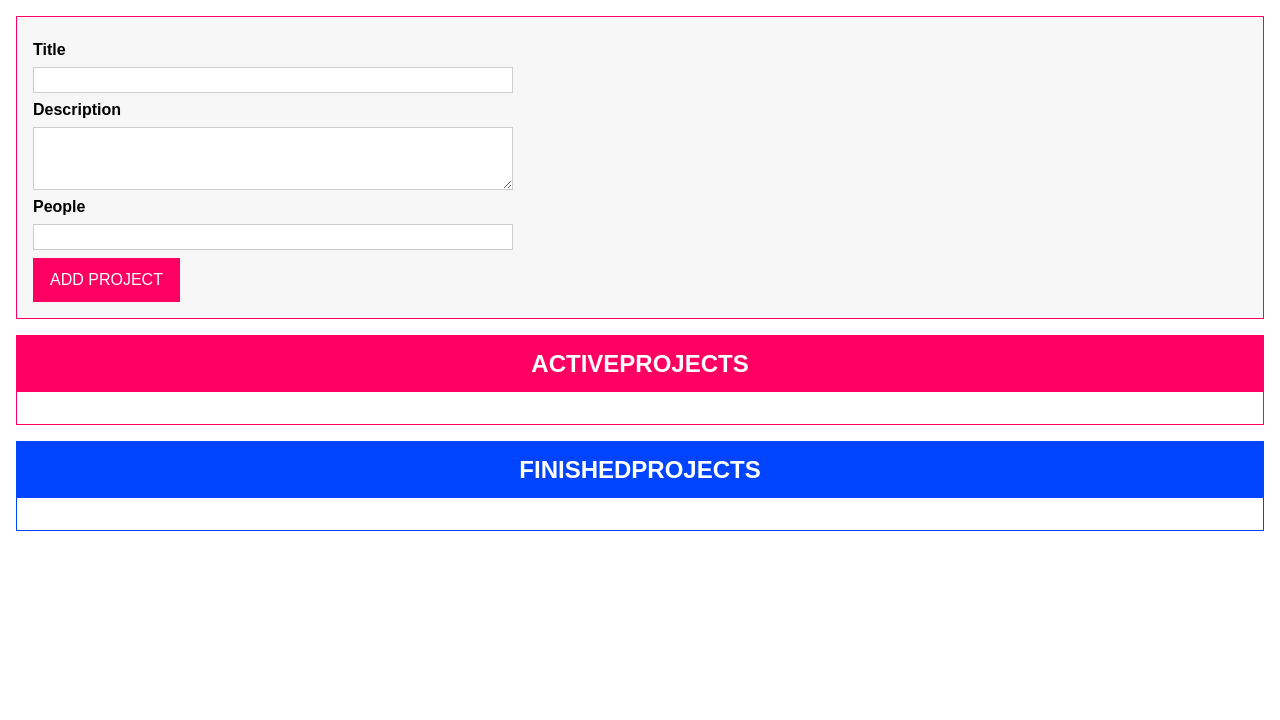
Repository: Mrkewl/drag-drop-UI-TypeScript
Page: /
An editor plug-in stored every save of this project. The page is shown before and after a run of saves, followed by the edit.
The browser window is 1280 px wide. The pictures show the whole page.
The project was rebuilt for these pictures with package versions that can differ from the ones it lists, and the page was loaded fresh each time. Also part of the build but not shown: webpack.config.js.

Above is the page before, as saved 2022-05-04 19:49:50.

After the next 4 saves:
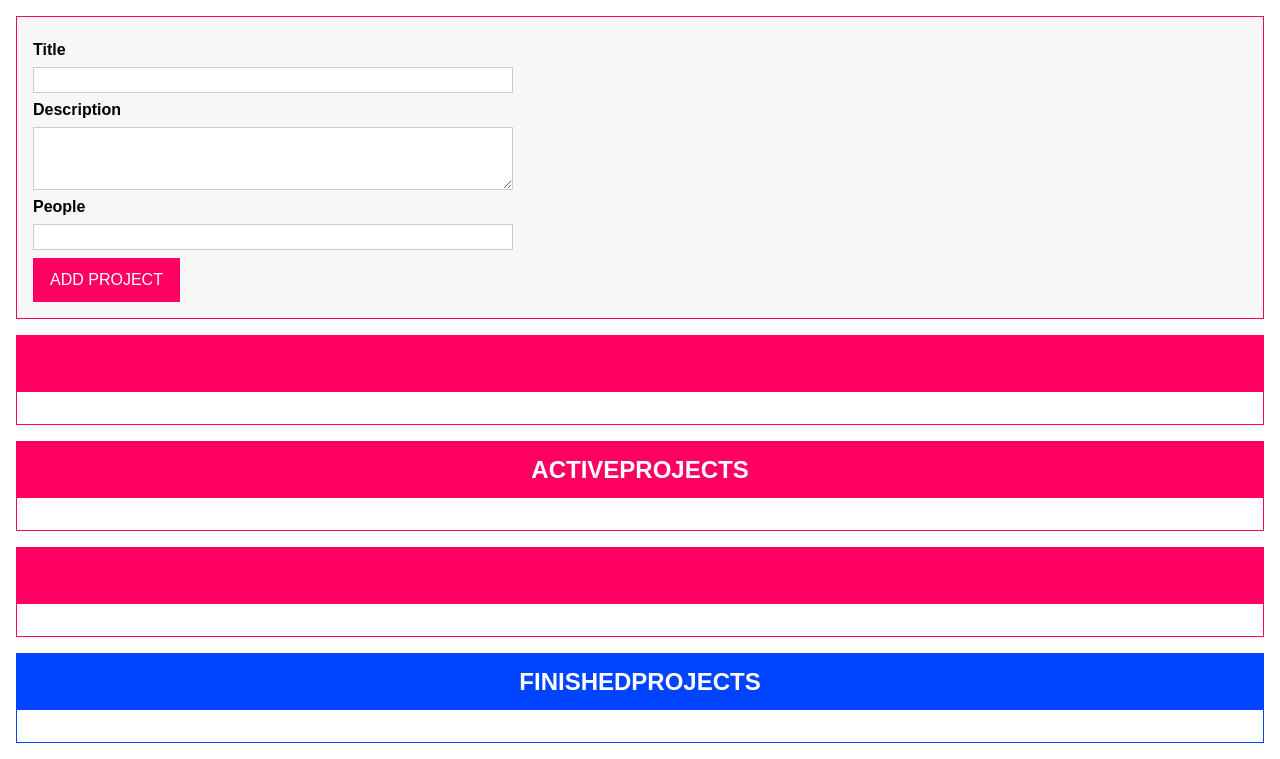
The 4 saves are shown as one change because 3 did not build or start.
The last was saved 2 min 45 s later.
--- a/src/app.ts
+++ b/src/app.ts
@@ -104,7 +104,7 @@
   };
   return adjDescriptor;
 }
-abstract class Componenet<T extends HTMLElement, U extends HTMLElement> {
+abstract class Component<T extends HTMLElement, U extends HTMLElement> {
   templateElement: HTMLTemplateElement;
   hostElement: T;
   element: U;
@@ -140,16 +140,12 @@
   abstract renderContent(): void;
 }
 
-class ProjectList {
-  templateElement: HTMLTemplateElement;
-  hostElement: HTMLDivElement;
-  element: HTMLElement;
+class ProjectList extends Component<HTMLDivElement,HTMLElement> {
   assignedProjects: Project[];
   constructor(private type: "active" | "finished") {
-    this.templateElement = (<HTMLTemplateElement>(
-      document.getElementById("project-list")!
-    ))! as HTMLTemplateElement;
-    this.hostElement = document.getElementById("app")! as HTMLDivElement;
+    super("project-list","app",)
+
+
     this.assignedProjects = [];
 
     const importedNode = document.importNode(

After the 3 saves that followed:
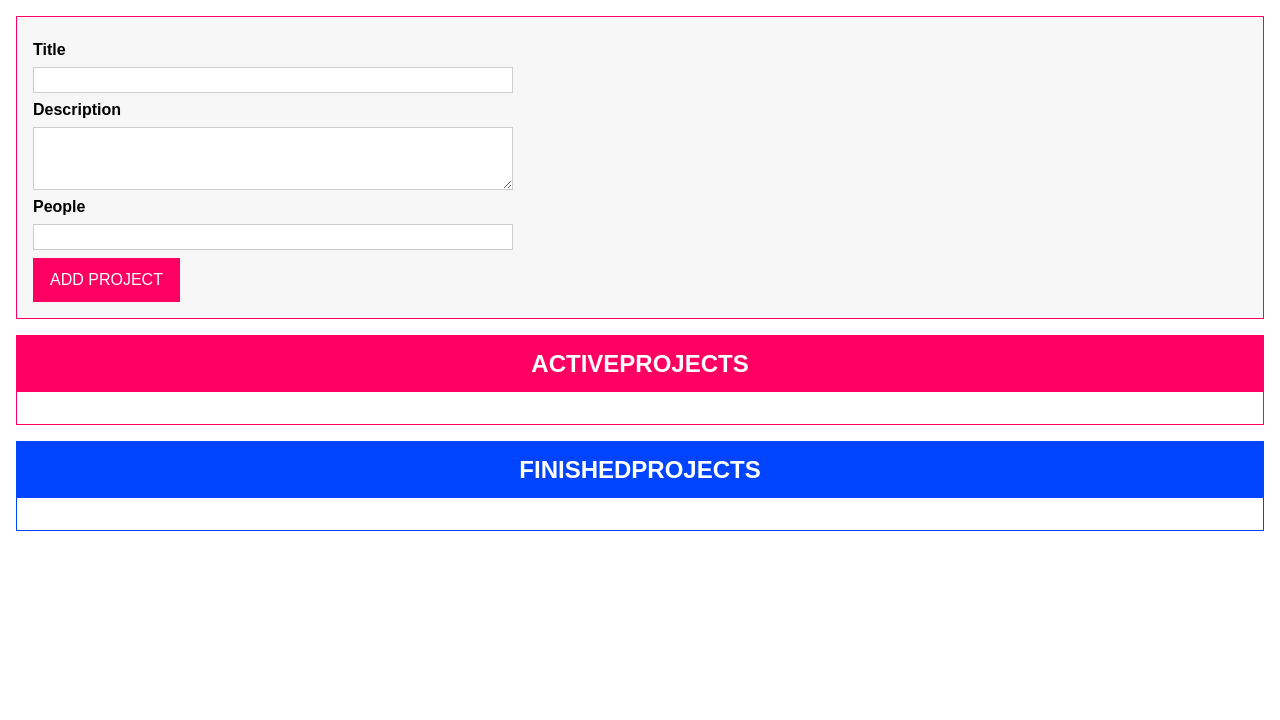
The 3 saves are shown as one change because 2 did not build or start.
The last was saved 82 s later.
--- a/src/app.ts
+++ b/src/app.ts
@@ -143,17 +143,12 @@
 class ProjectList extends Component<HTMLDivElement,HTMLElement> {
   assignedProjects: Project[];
   constructor(private type: "active" | "finished") {
-    super("project-list","app",)
+    super("project-list","app",false,`${type}-projects`)
 
 
     this.assignedProjects = [];
 
-    const importedNode = document.importNode(
-      this.templateElement.content,
-      true
-    );
-    this.element = importedNode.firstElementChild as HTMLElement;
-    this.element.id = `${this.type}-projects`;
+
     projectState.addListener((projects: Project[]) => {
       const relevantProjects = projects.filter((prj) => {
         if (this.type === "active") {
@@ -165,7 +160,6 @@
       this.renderProjects();
     });
 
-    this.attach();
     this.renderContent();
   }
 
